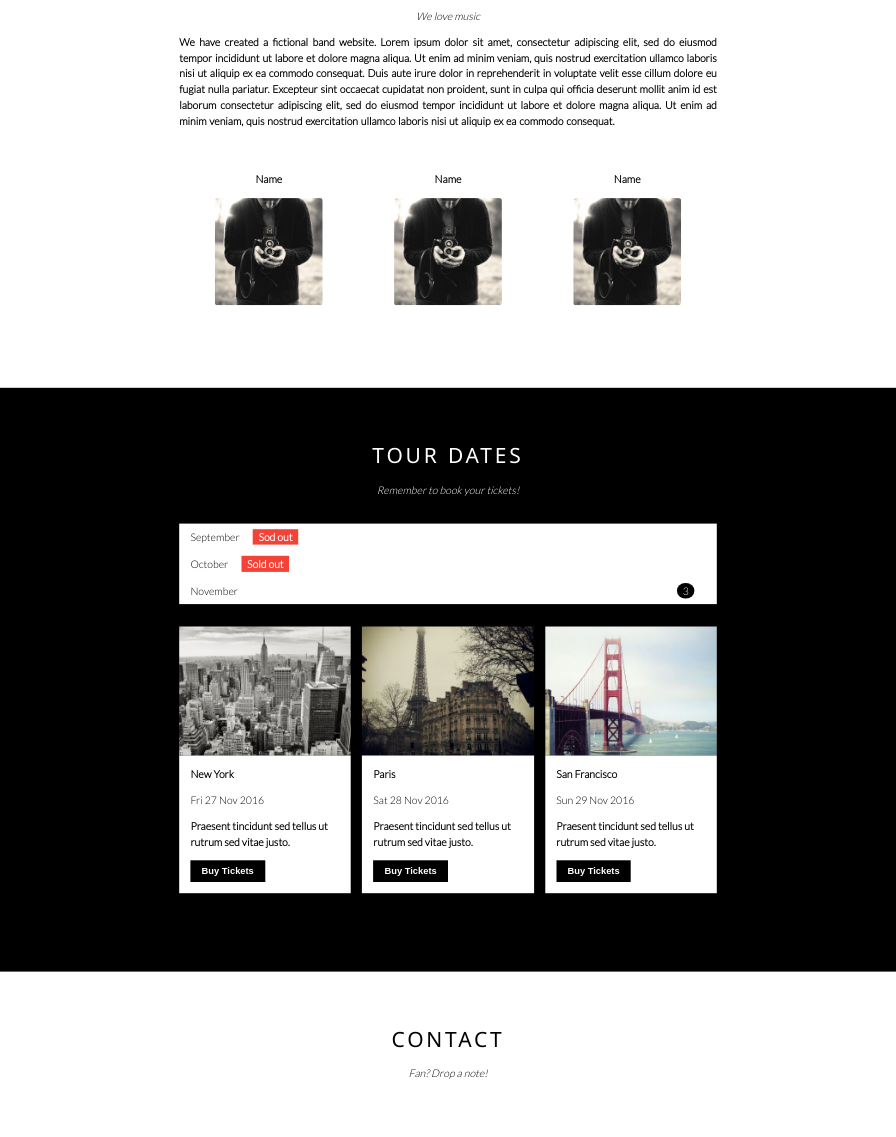
Repository: vanmanhAI/project-03-w3
Page: index.html
An editor plug-in stored every save of this project. The page is shown before and after the next save, followed by the edit.
The browser window is 1280 px wide. The pictures show the part of the page from y = 810 to 2730 px (the page is 2434 px tall before and 3811 px after), at 70% of full size.
Some web libraries are served in a nearby version.

Above is the page before, as saved 2022-07-13 10:00:47.

After the next save:
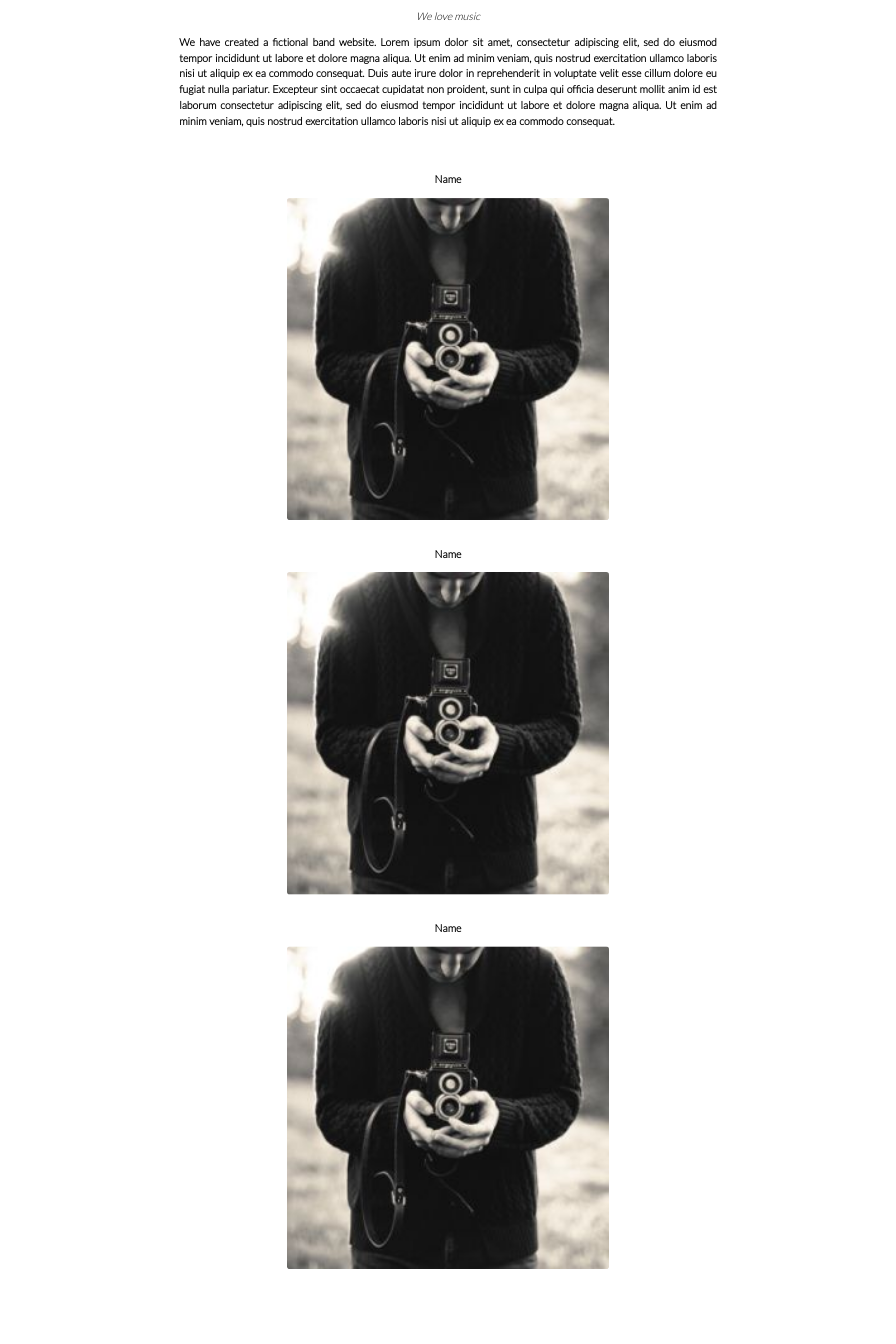
Saved 3 min 49 s later.
--- a/assets/css/style.css
+++ b/assets/css/style.css
@@ -180,10 +180,6 @@ html {
     content: "";
     display: block;
     clear: both;
-}
-#content .member-item{
-    float: left;
-    width: calc(100%/3);
 }
 #content .members-list .member-name {
     margin: 1.5rem 0;
